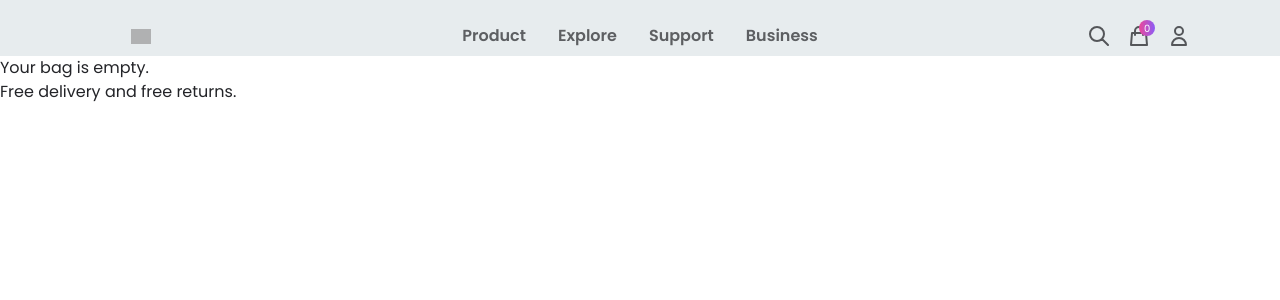
Repository: aliamini1422/semiAppleSite
Page: /checkout
An editor plug-in stored every save of this project. The page is shown before and after the next save, followed by the edit.
The browser window is 1280 px wide. The pictures show the whole page.
Pictures or frames that could not be fetched are drawn as grey boxes. The project was rebuilt for these pictures with package versions that can differ from the ones it lists, and the page was loaded fresh each time. The framework's server and built-in components were replaced by stand-ins that run in the browser. Also part of the build but not shown: next.config.js.

Above is the page before, as saved 2022-09-04 23:56:34.

### pages/_app.tsx
import '../styles/globals.css'
import type { AppProps } from 'next/app'
import { Provider} from "react-redux";
import { store } from "../redux/store";
import { Toaster } from "react-hot-toast";

function MyApp({ Component, pageProps }: AppProps) {
  return (
    <Provider store={store}>
      <Toaster />
      <Component {...pageProps} />
    </Provider>
  )
}

export default MyApp

### pages/checkout.tsx
import { unknownListItemStyleWarning } from '@portabletext/react/src/warnings'
import React from 'react'
import Header from '../components/Header'
import { useSelector } from 'react-redux';
import { selectBasketItems } from '../redux/basketSlice';


function checkout() {
    const items = useSelector(selectBasketItems);
  return (
    <div>
        <Header />
        <main>
            <div>
                <h1>{items.length > 0 ? "Review your bag" : "Your bag is empty."}</h1>
            </div>
            <p>Free delivery and free returns.</p>
        </main>
    </div>
  )
}

export default checkout

### styles/globals.css
@import url('https://fonts.googleapis.com/css2?family=Poppins:ital,wght@0,100;0,200;0,300;0,400;0,500;0,600;0,700;0,800;0,900;1,100;1,200;1,400;1,500;1,600;1,700;1,800;1,900&display=swap');
@tailwind base;
@tailwind components;
@tailwind utilities;

@layer base{
    body{
        @apply font-body text-[#232428]
    }
}
@layer components{
    .headerLink{
        @apply cursor-pointer  font-semibold opacity-70 transition hover:opacity-100
    }
    .headerIcon{
        @apply w-6 h-6 cursor-pointer opacity-75 transition hover:opacity-100
    }
    .link{
        @apply relative cursor-pointer text-lg font-medium before:absolute before:inset-x-0 before:rounded-bl before:origin-left before:-bottom-1.5
         before:h-0.5 before:bg-black before:transform before:scale-x-0 before:transition-all before:duration-200
         hover:before:scale-x-100
    }

    .borderGradient{
        @apply text-center pb-1 bg-gradient-to-r from-[#ec4899] to-[#8b5cf6] bg-left-bottom bg-no-repeat bg-[length:100%_2px]
    }
    .tabPanel{
        @apply grid grid-cols-1 gap-8 sm:grid-cols-2 md:grid-cols-1 lg:grid-cols-2 xl:grid-cols-3
    }
}

### redux/store.ts
import { configureStore } from '@reduxjs/toolkit'
import basketReducer from './basketSlice';

export const store = configureStore({
  reducer: {
    basket: basketReducer,
  },
})

// Infer the `RootState` and `AppDispatch` types from the store itself
export type RootState = ReturnType<typeof store.getState>
// Inferred type: {posts: PostsState, comments: CommentsState, users: UsersState}
export type AppDispatch = typeof store.dispatch

### components/Header.tsx
import Image from 'next/image'
import Link from 'next/link'
import React from 'react'
import { useSelector } from 'react-redux';
import {SearchIcon, ShoppingBagIcon, UserIcon} from '@heroicons/react/outline';
import { selectBasketItems } from '../redux/basketSlice';
import { useRouter } from 'next/router';
function Header() {
  const router = useRouter();
  const items = useSelector(selectBasketItems);
  const session = false;
  return (
    <header className='sticky top-0 w-full z-30 flex items-center justify-between bg-[#E7ECEE] pt-4 px-4'>
      <div className='flex items-center justify-center md:w-1/5'>
        <Link href= "/">
          <div className='relative w-5 h-10 cursor-pointer opacity-75  transition hover:opacity-100'>
            <Image src="https://upload.wikimedia.org/wikipedia/commons/thumb/f/fa/Apple_logo_black.svg/1667px-Apple_logo_black.svg.png" layout='fill' objectFit='contain'/>
          </div>
        </Link>
      </div>
      <div className='hidden flex-1 items-center justify-center space-x-8 md:flex'>
        <a className='headerLink' href="/">Product</a>
        <a className='headerLink' href="/">Explore</a>
        <a className='headerLink' href="/">Support</a>
        <a className='headerLink' href="/">Business</a>
      </div>
      <div className='flex gap-x-4 items-center justify-center md:w-1/5'>
        <SearchIcon className='headerIcon'/>
        <div className='relative cursor-pointer'>
          <span className='absolute -right-1 -top-1 z-30 flex items-center w-4 h-4 justify-center bg-gradient-to-r from-pink-500 to-violet-500
          rounded-full text-[10px] text-white'>{items.length}</span>
          <ShoppingBagIcon className='headerIcon' onClick={()=>{router.push("/checkout")}}/>
        </div>
        {session ? (<Image src="" className='cursor-pointer rounded-full'/>): (<UserIcon className='headerIcon'/>)}
      </div>
    </header>
  )
}

export default Header

### redux/basketSlice.ts
import { createSlice } from '@reduxjs/toolkit'
import type { PayloadAction } from '@reduxjs/toolkit'
import type { RootState } from './store'
import { stat } from 'fs'

// Define a type for the slice state
interface BasketState {
  items:Product[]
}

// Define the initial state using that type
const initialState: BasketState = {
  items:[],
}

export const basketSlice = createSlice({
  name: 'basket',
  // `createSlice` will infer the state type from the `initialState` argument
  initialState,
  reducers: {
    addToBasket: (state: BasketState, action:PayloadAction<Product>) => {
      state.items = [...state.items, action.payload];
    },
    removeFromBasket: (state: BasketState, action:PayloadAction<{id:string}>) => {
      const index = state.items.findIndex((item:Product)=>item._id === action.payload.id);
      let newBasket = [...state.items];
      if (index >= 0) {
        newBasket.slice(index,1);
      } else {
        console.log( `Cant remove product (id: ${action.payload.id}) as its not in basket!`);

      }
      state.items = newBasket;
    },

    // Use the PayloadAction type to declare the contents of `action.payload`

  },
})

export const { addToBasket, removeFromBasket } = basketSlice.actions

// Other code such as selectors can use the imported `RootState` type
export const selectBasketItems = (state: RootState) => state.basket.items;
export const selectBasketItemsWithId = (state: RootState, id:string) => {
    state.basket.items.filter((item:Product)=> item._id === id);
 };
export const selectBasketTotal = (state: RootState)=>{
    state.basket.items.reduce((total:number, item:Product)=>(total += item.price),0);
}

export default basketSlice.reducer

### tailwind.config.js
/** @type {import('tailwindcss').Config} */
module.exports = {
  content: [
    './pages/**/*.{js,ts,jsx,tsx}',
    './components/**/*.{js,ts,jsx,tsx}',
  ],
  theme: {
    extend: {
      fontFamily :{
        body: ["Poppins", "Sans-serif"],
      }
    },
  },
  plugins: [],
}

### components/Button.tsx
import React from 'react'

interface Props{
    title:string;
    onClick?: ()=> void;
    width?:string;
    loading?:boolean;
    padding?:string;
    noIcon?:boolean;
}


function Button({ title, onClick, width, loading, padding, noIcon }: Props) {
    return (
      <button
        className={`ease group relative z-30 box-border inline-flex ${
          width ? width : "w-auto"
        } ${padding} cursor-pointer items-center justify-center overflow-hidden rounded bg-indigo-600 bg-gradient-to-r from-pink-500 to-violet-500 px-8 py-3 font-bold text-white transition-all duration-300 focus:outline-none`}
        onClick={onClick}
      >
        <span className="absolute bottom-0 right-0 -mb-8 -mr-5 h-20 w-8 translate-x-1 rotate-45 transform bg-white opacity-10 transition-all duration-300 ease-out group-hover:translate-x-0"></span>
        <span className="absolute top-0 left-0 -mt-1 -ml-12 h-8 w-20 -translate-x-1 -rotate-45 transform bg-white opacity-10 transition-all duration-300 ease-out group-hover:translate-x-0"></span>

        <span className="relative z-20 flex items-center font-semibold">
          {noIcon && (
            <svg
              className="relative mr-2 h-5 w-5 flex-shrink-0 text-white"
              fill="none"
              stroke="currentColor"
              viewBox="0 0 24 24"
              xmlns="http://www.w3.org/2000/svg"
            >
              <path
                strokeLinecap="round"
                strokeLinejoin="round"
                strokeWidth="2"
                d="M13 10V3L4 14h7v7l9-11h-7z"
              ></path>
            </svg>
          )}
          {loading ? "Loading..." : title}
        </span>
      </button>
    );
  }

  export default Button;

After the next save:
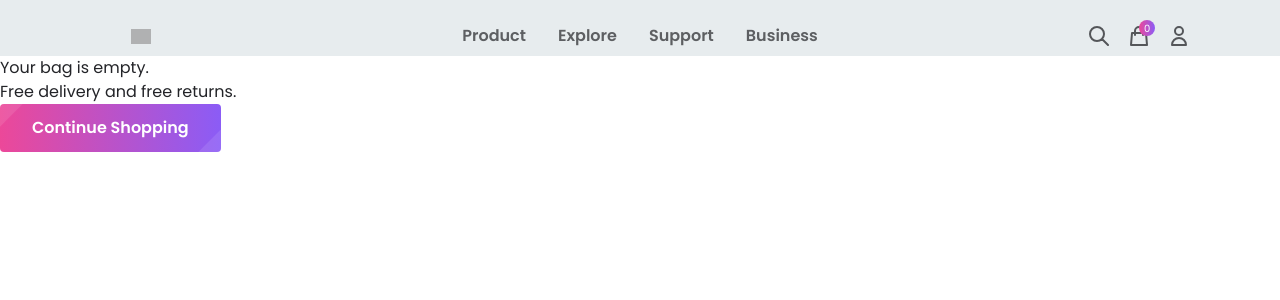
Saved 97 min 29 s later.
--- a/pages/checkout.tsx
+++ b/pages/checkout.tsx
@@ -1,12 +1,14 @@
-import { unknownListItemStyleWarning } from '@portabletext/react/src/warnings'
 import React from 'react'
 import Header from '../components/Header'
 import { useSelector } from 'react-redux';
 import { selectBasketItems } from '../redux/basketSlice';
+import { useRouter } from 'next/router';
+import Button from '../components/Button';
 
 
 function checkout() {
     const items = useSelector(selectBasketItems);
+    const router = useRouter();
   return (
     <div>
         <Header />
@@ -15,6 +17,7 @@ function checkout() {
                 <h1>{items.length > 0 ? "Review your bag" : "Your bag is empty."}</h1>
             </div>
             <p>Free delivery and free returns.</p>
+            {items.length === 0 && (<Button title='Continue Shopping' onClick={()=>{router.push("/")}} />)}
         </main>
     </div>
   )
